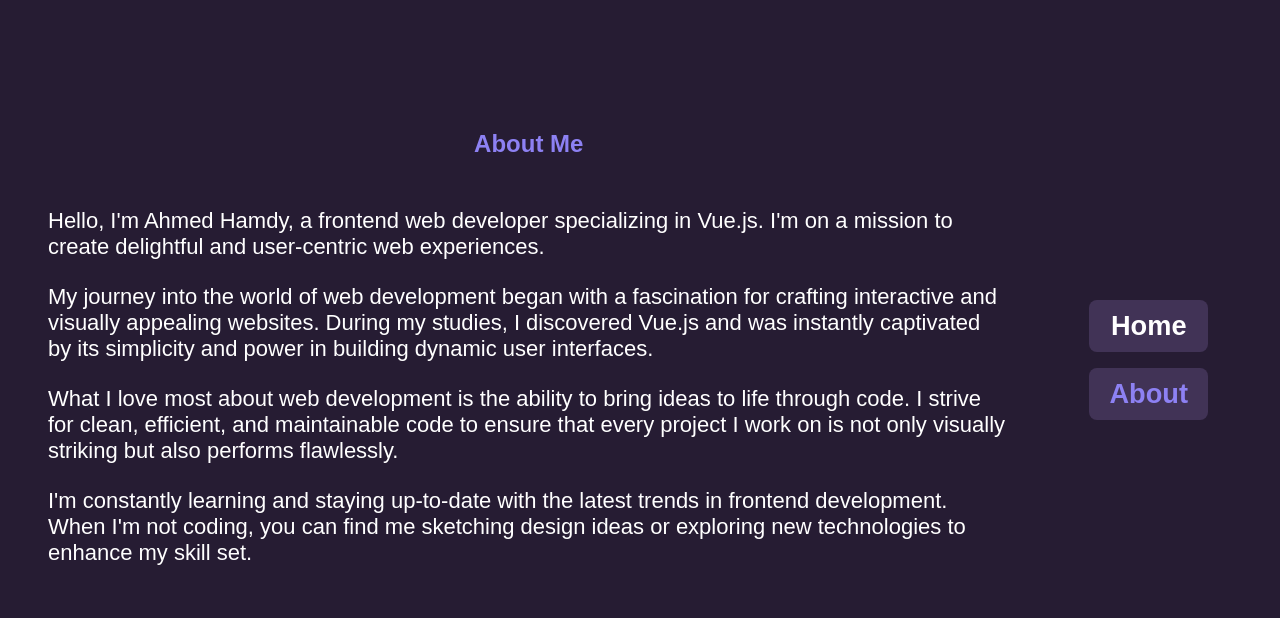
Repository: ahamdy997/portfolio
Page: /about
The author's editor kept a copy of each file at every save. The page is drawn from the files as they stood at one save, then again after the next save.
The browser window is 1280 px wide. The pictures show the whole page.
The project was rebuilt for these pictures with package versions that can differ from the ones it lists, and the page was loaded fresh each time. Also part of the build but not shown: vue.config.js, src/components/HelloWorld.vue, src/views/HomeView.vue.

Above is the page before, as saved 2023-11-05 23:10:48.

After the next save:
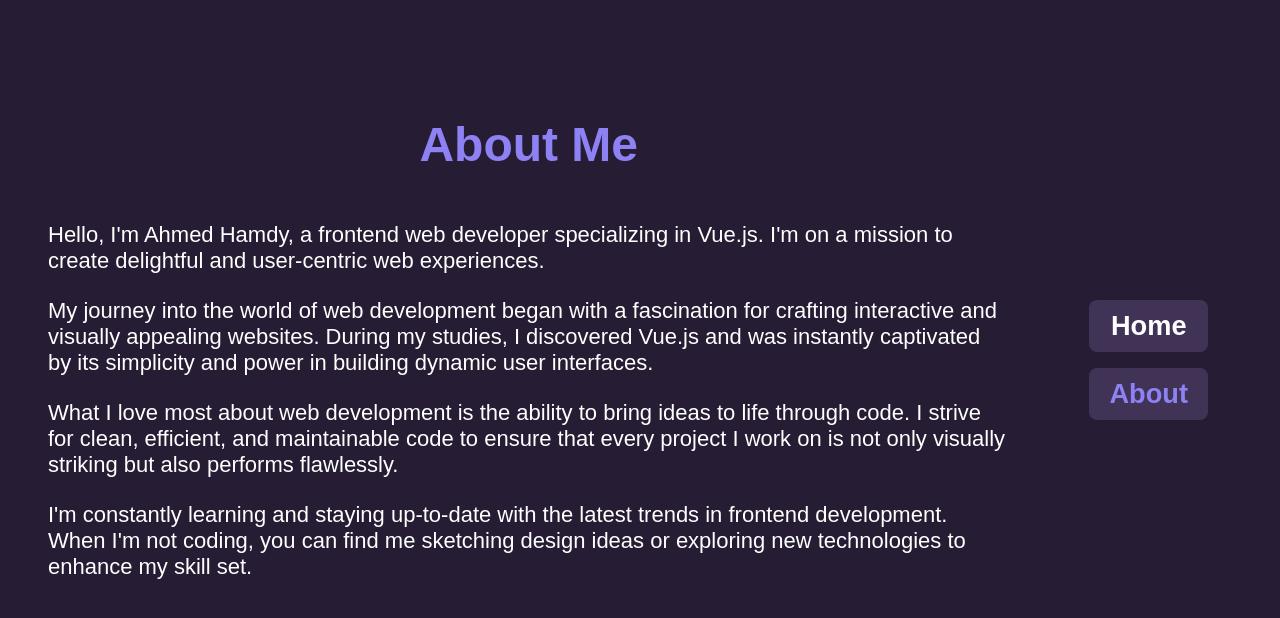
Saved 15 s later.
--- a/src/views/AboutView.vue
+++ b/src/views/AboutView.vue
@@ -31,7 +31,7 @@ p {
 .about h2 {
   text-align: center;
   margin-bottom: 50px;
-  font-size: 1.5rem;
+  font-size: 3rem;
   color: #8d81f3;
 }
 .about {
